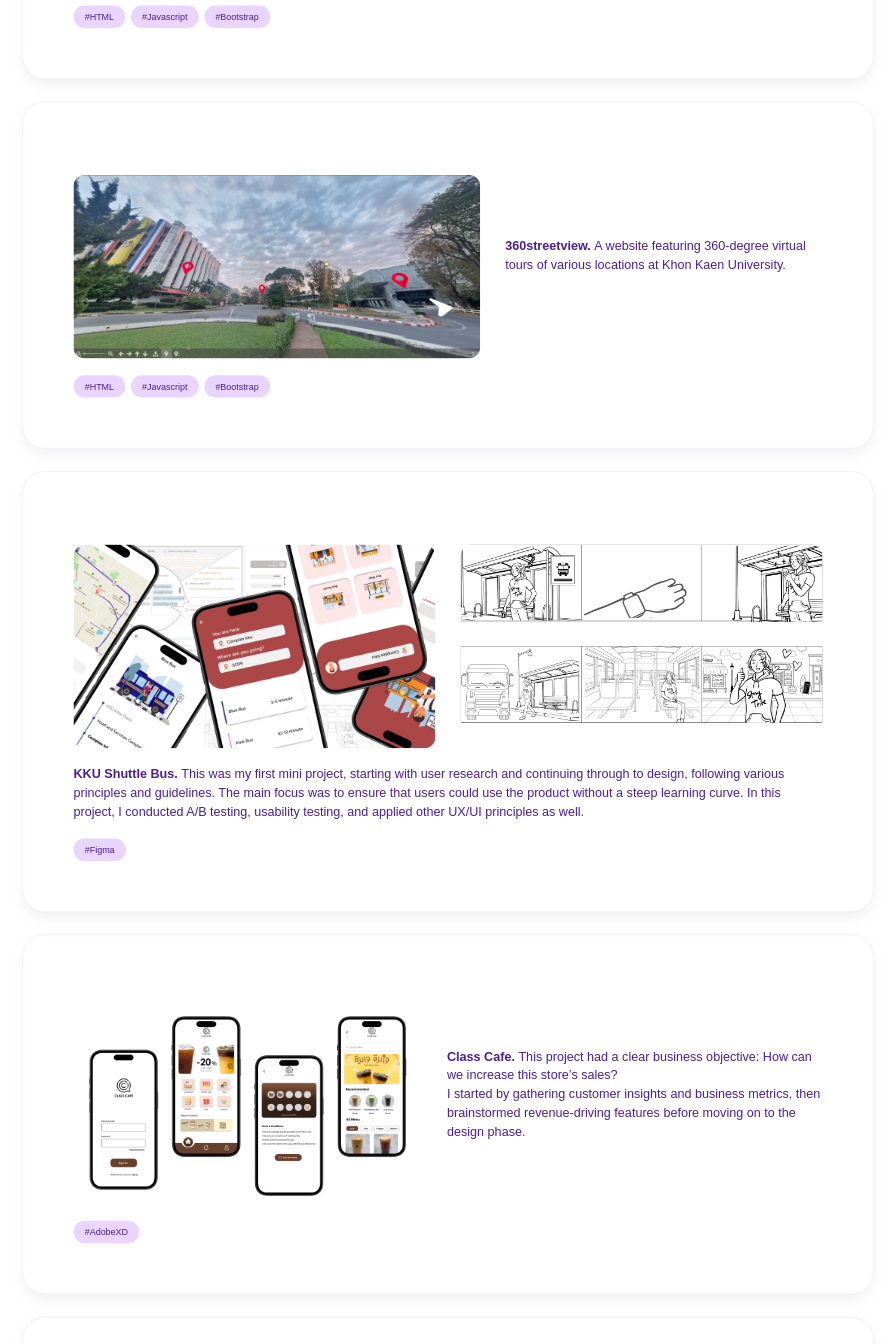
Repository: PattarasayaJJ/Portfolio-jjpatts
Page: /works
The author's editor kept a copy of each file at every save. The page is drawn from the files as they stood at one save, then again after the next save.
The browser window is 1280 px wide. The pictures show the part of the page from y = 1500 to 3420 px (the page is 4684 px tall before and 4689 px after), at 70% of full size.
The project was rebuilt for these pictures with package versions that can differ from the ones it lists, and the page was loaded fresh each time. Also part of the build but not shown: vite.config.js, vite.config.ts, src/header.css, src/components/Hero.jsx, src/components/Aboutme.tsx.

Above is the page before, as saved 2025-08-01 00:03:26.

### index.html
<!doctype html>
<html lang="en">
  <head>
    <meta charset="UTF-8" />
    <link rel="icon" type="image/svg+xml" href="/JPtab.png" />
    <meta name="viewport" content="width=device-width, initial-scale=1.0" />
    <title>JJPatts Portfolio</title>
  </head>
  <body>
    <div id="root"></div>
    <script type="module" src="/src/index.jsx"></script>
  </body>
</html>

### src/index.css
@import 'tailwindcss/base';
@import 'tailwindcss/components';
@import 'tailwindcss/utilities';
@import url('https://fonts.googleapis.com/css2?family=Kanit:wght@400;700&display=swap');

*{
   font-family: 'Kanit', sans-serif;

}

### src/App.jsx
import React from 'react';
import { BrowserRouter as Router, Routes, Route } from 'react-router-dom';
import { Header } from './components/Header';
import { Hero } from './components/Hero';
import { Works } from './components/Works';
import { Aboutme } from './components/Aboutme' ;
import { Footer } from './components/Footer';
export function App() {
  return (
    <Router>
      <div className="w-full min-h-screen bg-white">
        <Header />
        <main className="w-full">
          <Routes>
            <Route path="/" element={<><Hero /> </>} />
            <Route path="/works" element={<><Works /></>}/>
            <Route path="/aboutme" element={<Aboutme />} />


          </Routes>
        </main>
        <Footer />

      </div>
    </Router>
  );
}

### src/components/Works.jsx
import '../projects.css';
import '../work.css';



export function Works() {
  const Ptahskills = [
    { name: '#React-native', type: 'tool' },
    { name: '#React', type: 'tool' },

    { name: '#Node.js', type: 'tool' },
    { name: '#MongoDB', type: 'tool' },

  ];
  const stv = [
    { name: '#HTML', type: 'tool' },
    { name: '#Javascript', type: 'tool' },
    { name: '#Bootstrap', type: 'tool' },


  ];

  const kkuBusSkills = [
    { name: '#Figma', type: 'tool' },
  ];
  const ClassSkills = [
    { name: '#AdobeXD', type: 'tool' },
  ];

    const BakeySkills = [
    { name: '#Figma', type: 'tool' },
  ];

  const NineSkills = [
    { name: '#Power BI', type: 'tool' },
  ];
  return (
     <section className="projects-section">
        <nav className="breadcrumb">
        <a href="/" className="breadcrumb-link">
          Home
        </a>
        <span className="breadcrumb-separator">/</span>
        <span className="breadcrumb-current">My Projects</span>
      </nav>
              <div className="projects-container">
              <div className="final-project-text">
          <h2 className="project-title gradient-text"> <li>Final Project</li> </h2> </div>


              <div className="minicard">
          <div className="final-project-card-text">

            <div className="final-project-content">
            <div className="final-project-image">
                <img
                  src="/Ptah.png"
                  alt="Final project screenshot"
                  className="project-screenshot"
                />



              </div>

                 <div className="final-project-image">
                <img
                  src="/ptahdoctor.png"
                  alt="Final project screenshot"
                  className="project-screenshot"
                />
              </div>





            </div>

   <div className="final-project-content">



              <p> <span className='appname'>Physical Therapy At Home Application. </span>
           I gained first-hand experience as a
             full-stack developer and collaborated with medical professionals
             from Srinagarind Hospital.</p>
             </div>

            <div className="skills-list">
{Ptahskills.map((skill, index) => {
  let typeClass = 'pink';
  if (skill.type === 'tool') typeClass = 'purple';
  else if (skill.type === 'tech') typeClass = 'indigo';
  return (
    <span className={`tag ${typeClass}`} key={index}>
      {skill.name}
    </span>
  );
})}
</div>

          </div>
          </div>

          <div className="final-project-text">
          <h2 className="project-title gradient-text"> <li>Mini Projects</li> </h2> </div>

          <div className="minicard">
          <div className="final-project-card-text">

            <div className="final-project-content">

            <div className="final-project-image">
                <img
                  src="/360.png"
                  alt="Final project screenshot"
                  className="project-screenshot"
                />

              </div>

              <div className="final-project-content">

<p> <span className='appname'>360streetview. </span>
A website featuring 360-degree virtual tours of various locations at Khon Kaen University.</p>
</div>

            </div>
            <div className="skills-list">
{stv.map((skill, index) => {
  let typeClass = 'pink';
  if (skill.type === 'tool') typeClass = 'purple';
  else if (skill.type === 'tech') typeClass = 'indigo';
  return (
    <span className={`tag ${typeClass}`} key={index}>
      {skill.name}
    </span>
  );
})}
</div>
          </div>
          </div>



 <div className="minicard">
          <div className="final-project-card-text">

            <div className="final-project-content">

            <div className="final-project-image">
                <img
                  src="/360.png"
                  alt="Final project screenshot"
                  className="project-screenshot"
                />

              </div>

              <div className="final-project-content">

<p> <span className='appname'>360streetview. </span>
A website featuring 360-degree virtual tours of various locations at Khon Kaen University.</p>
</div>

            </div>
            <div className="skills-list">
{stv.map((skill, index) => {
  let typeClass = 'pink';
  if (skill.type === 'tool') typeClass = 'purple';
  else if (skill.type === 'tech') typeClass = 'indigo';
  return (
    <span className={`tag ${typeClass}`} key={index}>
      {skill.name}
    </span>
  );
})}
</div>
          </div>
          </div>





              <div className="minicard">
          <div className="final-project-card-text">

            <div className="final-project-content">
            <div className="final-project-image">
                <img
                   src="/KKUbus.png"
                  alt="Final project screenshot"
                  className="project-screenshot"
                />



              </div>

                 <div className="final-project-image">
                <img
                  src="/storykkubus.jpeg"
                  alt="Final project screenshot"
                  className="project-screenshot"
                />
              </div>





            </div>

   <div className="final-project-content">



              <p> <span className='appname'>KKU Shuttle Bus.  </span>
          This was my first mini project, starting with user research and
            continuing through to design, following various principles and
            guidelines. The main focus was to ensure that users could use the
            product without a steep learning curve. In this project, I conducted
            A/B testing, usability testing, and applied other UX/UI principles as well.</p>
             </div>

             <div className="skills-list">
{kkuBusSkills.map((skill, index) => {
  let typeClass = 'pink';
  if (skill.type === 'tool') typeClass = 'purple';
  else if (skill.type === 'tech') typeClass = 'indigo';
  return (
    <span className={`tag ${typeClass}`} key={index}>
      {skill.name}
    </span>
  );
})}
</div>

          </div>
          </div>





          <div className="minicard">
          <div className="final-project-card-text">
            <div className="final-project-content">
            <div className="final-project-image">
                <img
                  src="/classfull.png"
                  alt="Final project screenshot"
                  className="project-screenshot"
                />
              </div>
              <div className="final-project-content">

<p> <span className='appname'>Class Cafe. </span>
This project had a clear business objective: How can we increase this store’s sales? <br></br>
I started by gathering customer insights and business metrics, then brainstormed revenue‑driving features before moving on to the design phase.</p>
</div>
            </div>
            <div className="skills-list">
{ClassSkills.map((skill, index) => {
  let typeClass = 'pink';
  if (skill.type === 'tool') typeClass = 'purple';
  else if (skill.type === 'tech') typeClass = 'indigo';
  return (
    <span className={`tag ${typeClass}`} key={index}>
      {skill.name}
    </span>
  );
})}
</div>
          </div>
          </div>


            <div className="minicard">
          <div className="final-project-card-text">
            <div className="final-project-content">
            <div className="final-project-image">
                <img
                  src="/bakery.png"
                  alt="Final project screenshot"
                  className="project-screenshot"
                />
              </div>
              <div className="final-project-content">

<p> <span className='appname'>Bakery Shop. </span>
The Bakey Shop application was created as a teaching tool for first-year students, with the purpose of introducing and providing practice in using Figma .</p>
</div>
            </div>
            <div className="skills-list">
{ClassSkills.map((skill, index) => {
  let typeClass = 'pink';
  if (skill.type === 'tool') typeClass = 'purple';
  else if (skill.type === 'tech') typeClass = 'indigo';
  return (
    <span className={`tag ${typeClass}`} key={index}>
      {skill.name}
    </span>
  );
})}
</div>
          </div>
          </div>


          <div className="minicard">
          <div className="final-project-card-text">
            <div className="final-project-content">
            <div className="final-project-image">
                <img
                  src="/9Diamond.png"
                  alt="Final project screenshot"
                  className="project-screenshot"
                />
              </div>
              <div className="final-project-content">

<p> <span className='appname'>9Diamond. </span>
I reached out to the store to get its sales data, which we analyzed to come up with a suitable promotion.
</p>
</div>
            </div>
            <div className="skills-list">
{NineSkills.map((skill, index) => {
  let typeClass = 'pink';
  if (skill.type === 'tool') typeClass = 'purple';
  else if (skill.type === 'tech') typeClass = 'indigo';
  return (
    <span className={`tag ${typeClass}`} key={index}>
      {skill.name}
    </span>
  );
})}
</div>
          </div>
          </div>


          </div>
        </section>
      );
    }

### src/components/Footer.jsx
import React from 'react';

export function Footer() {
  return (
    <footer className="w-full bg-black text-white py-8 px-8">
  <div className="max-w-7xl mx-auto flex flex-col md:flex-row justify-between items-center space-y-6 md:space-y-0">

        <div className="text-center md:text-left gradient-text ">
          <h2 className="text-lg font-semibold">Contact Me</h2>
          <p className="text-sm mt-2">Email: jj.pattarasaya@gmail.com</p>
          <p className="text-sm">Phone: 099-209-5588</p>
          <p className="text-sm">Khon Kaen 40000, Thailand</p>

        </div>

        <div className="flex space-x-4 ">
        <a href="https://github.com/PattarasayaJJ" target="_blank" rel="noopener noreferrer">
        <img src="https://github.githubassets.com/favicons/favicon.png" alt="GitHub" />

  </a>

        </div>
      </div>

      <div className="text-center text-xs text-gray-400 mt-6 ">
        © {new Date().getFullYear()} JJPatts. All rights reserved.
      </div>
    </footer>
  );
}

### src/projects.css
.projects-section {
  max-width: 80rem;
  margin: 0 auto;
  padding: 2rem 1rem;
  background-color: #ffffff;
  width: 100%;
}

.projects-container {
  max-width: 80rem;
  margin: 0 auto;
  display: flex;
  flex-direction: column;
  gap: 2rem;
}

.final-project-card {
  background: linear-gradient(to right, #FFFFFF, #E1D0F9);
  border-radius: 2rem;
  padding: 2rem;
  box-shadow: 0 8px 20px rgba(0, 0, 0, 0.06);
  display: flex;
  flex-direction: column;
  align-items: center;
  gap: 1.5rem;
}

 .minicard{
    background: linear-gradient(to right, #ffffff, #ffffff);
    border-radius: 2rem;
    padding: 2.5rem;
    box-shadow: 0 8px 20px rgba(0, 0, 0, 0.06);
      border: 1px solid #eee7f9; /* สีม่วงเข้ม ชัดๆ */

  }

.final-project-content {
  display: flex;
  flex-direction: row;
  align-items: center;
  justify-content: space-between;
  gap: 2em;
  font-size: 1.125rem;
  color: #4c1d95;
}

.final-project-text {
  width: 100%;
}

.project-title,
.final-project-title {
  font-size: 1.5rem;
  margin-bottom: 1.5rem;
  padding: 2rem 0;
  color: #DD489B;
}

.project-card.mini .project-title {
  color: #9067D3;
}

.project-image,
.final-project-image,
.project-screenshot {
  width: 100%;
  max-width: 800px;
  height: auto;
  border-radius: 1rem;
  object-fit: cover;
  display: flex;
  align-items: center;
  justify-content: center;
  margin-top: 1rem;
}

.moreproject {
  width: fit-content;
  height: 3rem;
  border-radius: 16px;
  display: flex;
  align-items: center;
  justify-content: center;
  font-size: 1.125rem;
  cursor: pointer;
  transition: background-color 0.3s, transform 0.2s;
  text-decoration: none;
  margin: 2rem auto 0;
  box-shadow: 0 4px 10px rgba(0, 0, 0, 0.05);
  animation: pulseMove 2s ease-in-out infinite;
  background-color: black;
  padding: 0 1.5rem;
}

.moreproject:hover {
  background-color: #f2f2f2;
  transform: scale(1.08);
}

.arrow-icon {
  padding: 0.5rem;
  font-weight: bold;
}

@keyframes pulseMove {
  0% {
    transform: scale(1);
  }

  50% {
    transform: scale(1.05);
  }

  100% {
    transform: scale(1);
  }
}

@media (max-width: 767px) {
  .projects-section {
    padding: 2rem 1rem;
  }

  .final-project-card {
    padding: 2rem;
    border-radius: 1.5rem;
  }

  .final-project-content {
    flex-direction: column;
    font-size: 1rem;
  }

  .final-project-text {
    width: 100%;
  }

  .final-project-image {
    width: 100%;
  }

  .project-title {
    font-size: 1.25rem;
  }

  .icon-wrapper {
    width: 2rem;
    height: 2rem;
  }

  .project-screenshot {
    margin-top: 1rem;
  }

  .mini-projects-grid {
    gap: 1.5rem;
  }

  .text-final,
  .appname {
    text-align: center;
    font-size: 1rem;
    color: #4c1d95;
    font-weight: 700;
  }
}

@media (min-width: 768px) {
  .projects-section {
    padding: 2rem;
  }

  .project-title {
    font-size: 2rem;
  }

  .project-image {
    max-width: 1000px;
  }

  .text-final,
  .final-project-content,
  .appname {
    font-size: 1.125rem;
    color: #4c1d95;
  }

  .appname {
    font-weight: 700;
  }
}

@media (min-width: 768px) and (max-width: 1024px) and (orientation: portrait) {
  .final-project-content {
    flex-direction: column;
  }
}

### src/work.css
.projects-section {
    width: 100%;
    background-color: #ffffff;
    padding: 2rem 1rem;
  }

  .projects-container {
    max-width: 80rem;
    margin: 0 auto;
    display: flex;
    flex-direction: column;
    gap: 2rem;
  }


  .project-card {
    background: linear-gradient(to right, #FFFFFF, #E1D0F9); /* pink -> purple อ่อน */
    border-radius: 2rem;
    padding: 2rem;
    box-shadow: 0 4px 10px rgba(0, 0, 0, 0.05);
    display: flex;
    flex-direction: column;
    align-items: center;
    gap: 1.5rem;
  }


  .final-project-card-text{
    padding: 2rem;
    display: flex;
    flex-direction: column;
    gap: 1.5rem;
    font-size: 1.125rem;
    color: #4c1d95;



  }

  .project-card.final {
    background: linear-gradient(to right, #FFFFFF, #E1D0F9);
  }
  .mini-project-card {
    background: linear-gradient(to right, #FFFFFF, #E1D0F9);
  }
  .project-card.final .project-title {
    color: #DD489B;
  }


  .project-card.mini .project-title {
    color: #9067D3;
  }



  .project-image {
    width: 100%;
    max-width: 800px;
    border-radius: 1rem;
  }

  .project-name{
    font-size: 1.5rem;
  }




  @media (min-width: 768px) {
    .projects-section {
      padding: 2rem;
    }

    .project-title {
      font-size: 2rem;
    }

    .project-image {
      max-width: 1000px;
    }

    .final-project-content{
      font-size: 1.125rem;
      color: #4c1d95;

    }
    .appname{
      font-size: 1.125rem;
      color: #4c1d95;
      font-weight: 700;



  }
  }

  @media (max-width: 767px) {
    .project-title {
      font-size: 1.25rem;
    }

    .project-image {
      max-width: 100%;
    }
    .text-final{
      text-align: center;


    }
    .final-project-content{
      font-size: 1rem;
      color: #4c1d95;

    }
    .appname{
      font-size: 1rem;
      color: #4c1d95;
      font-weight: 700;



  }
  }

### src/aboutme.css
.about-container {
    max-width: 80rem;
    margin: 0 auto;
    padding: 2rem;
  }

  .about-columns {
    display: flex;
    flex-direction: column;
    gap: 1rem;
  }

 .soft-skills-card, .skills-card {
  padding: 2.5rem;
  box-shadow: 0 8px 20px rgba(0, 0, 0, 0.06);
  border-left: 10px solid;
  border-radius: 7px;
  border-color:#DD489B;
  padding: 1.5rem;
  }

  .profile-card {
  box-shadow: 0 8px 20px rgba(0, 0, 0, 0.06);
  border-left: 10px solid;
  border-radius: 7px;
    border-color: #4c1d95;
    margin-bottom: 1rem;
  }
  .avatar-wrapper {
    width: 20rem;
    height: 15rem;
    overflow: hidden;
    margin: 0 auto 0 auto;
  }
  .avatar{
    border-radius: 2rem;
    margin-bottom: 15px;
    padding-top: 0;
    padding-bottom: 10px;

  }
  .avatar-wrapper img {
    width: 100%;
    height: 100%;
    object-fit: contain;
  }





  .email {
    margin-top: 0rem;
    text-align: center;
    color: gray;
    font-size:1rem;
  }
  .social-icons {
    margin-top: 0.5rem;
    display: flex;
    justify-content: center;
  }
  .social-icons img {
    width: 20px;
    height: 20px;
  }
  .social-icons img:hover {
    filter: grayscale(100%) brightness(150%);
  }
  .profile-bio {
    padding: 1rem;
  }
  .profile-bio .name {
    font-size: 1rem;
    color: #4c1d95;
  }
  .section-title-soft {
    font-size: 1.125rem;
    display: inline-block;
    margin-bottom: 0.5rem;
    margin-top: 1rem;

  }
  .section-title {
    font-size: 1.125rem;
    display: inline-block;
    margin-bottom: 0.5rem;

  }


  .gradient-text {
    background: linear-gradient(to right, #DD489B, #9067D3);
    -webkit-background-clip: text;
    -webkit-text-fill-color: transparent;
  }
  .skills-list {
    display: flex;
    flex-wrap: wrap;
    gap: 0.5rem;
  }

  .tag {
    padding: 0.4rem 1rem;
    border-radius: 9999px;
    font-size: 0.8rem;
  }

  .tag.pink {
    background-color: #fbcfe8;
    color: #4c1d95;;

  }

  .tag.purple {
    background-color: #e9d5ff;
    color: #4c1d95;;

  }
  .tag.soft {
    background-color: #e5dfee;
    color: #4c1d95;;

  }

  .certificate{
    width: 80%;
    margin: 0 auto;

  }





  @media (min-width: 768px) {
    .about-columns {
    }
    .profile-column, .skills-column {
      width: 100%;
    }


  }

  @media (max-width: 767px) {
    .avatar-wrapper {
      width: 8rem;
      height: 15rem;
    }
    .profile-bio .name {
      font-size: 0.75rem;
      color: #4c1d95;

    }
    .tag {
      padding: 0.5rem 1rem;
      border-radius: 9999px;
      font-size: 0.75rem;
    }
    .email {
      margin-top: 0rem;
      text-align: center;
      color: #4c1d95;
      font-size:0.75rem;

    }
    .section-title {
      font-size: 1rem;
    }
    .section-title-soft {
      font-size: 1rem;
    }
    .social-icons {
      margin-top: 0.5rem;
      display: flex;
      justify-content: center;
      gap: 1rem;
    }
    .social-icons img {
      width: 16px;
      height: 16px;
    }

  }

  .breadcrumb {
  margin-bottom: 1rem;
  font-size: 1rem;
  color: #4B5563;
  display: flex;
  align-items: center;
}

.breadcrumb-link {
  color: #4B5563;
  text-decoration: none;

}

.breadcrumb-link:hover {
  text-decoration: underline;
}

.breadcrumb-separator {
  margin: 0 0.5rem;
}

.breadcrumb-current {
  font-weight: bold;
  color: #4c1d95;

}

Loaded but not shown: src/index.jsx (common file); tailwind.config.js (common file); src/hero.css (287 lines, source omitted); src/components/Header.jsx (110 lines, source omitted)

After the next save:
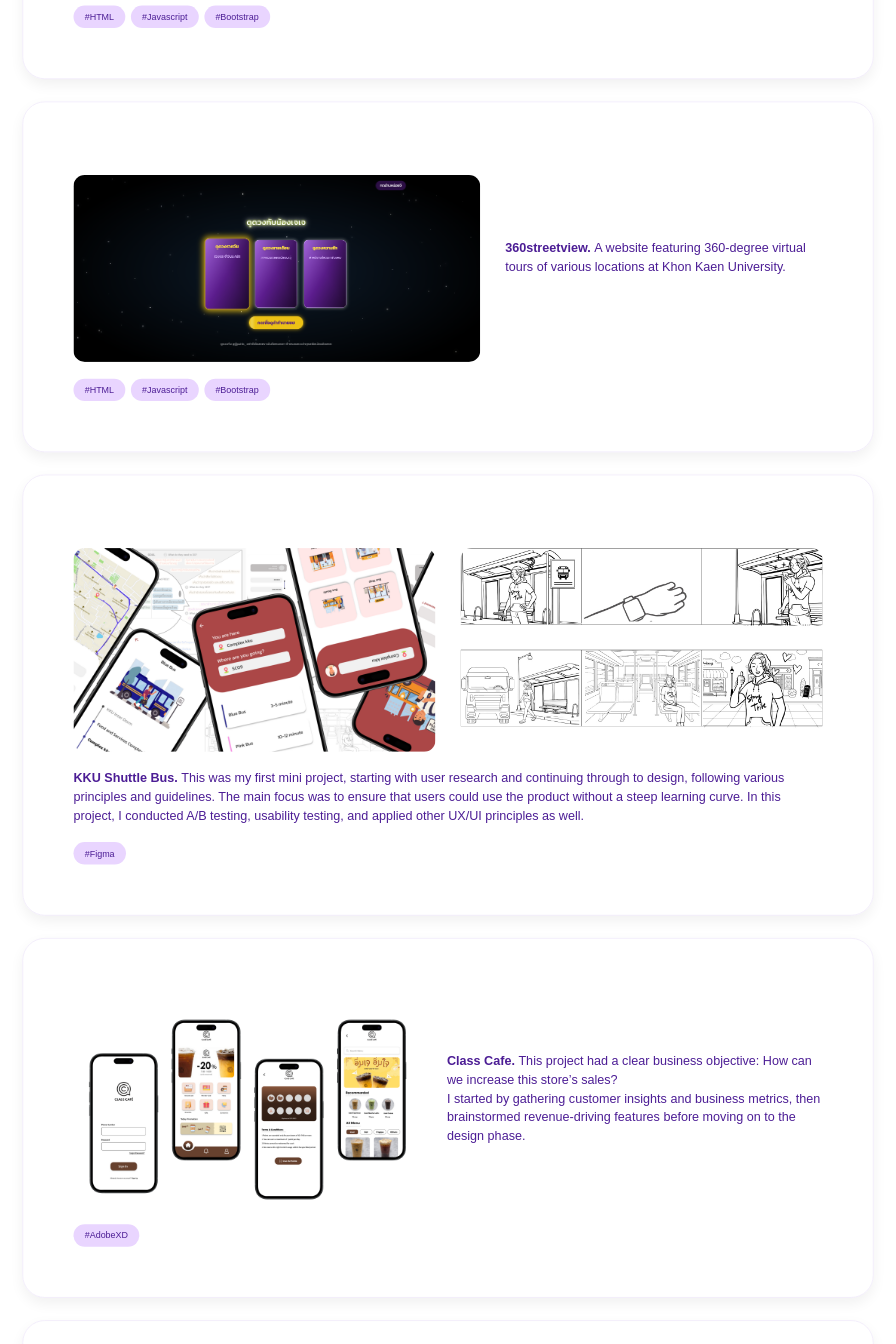
Saved 56 s later.
--- a/src/components/Works.jsx
+++ b/src/components/Works.jsx
@@ -151,7 +151,7 @@ A website featuring 360-degree virtual tours of various locations at Khon Kaen U
 
             <div className="final-project-image">
                 <img
-                  src="/360.png"
+                  src="/tarot.png"
                   alt="Final project screenshot"
                   className="project-screenshot"
                 />
